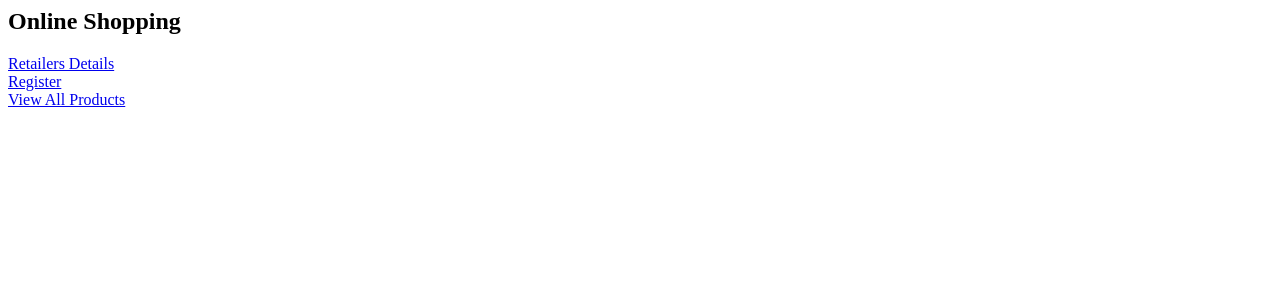
Repository: mihirhpanchal/Java-OnlineShopping
Page: http://localhost/onlineshopping/
These files come from the project's save history. The page is drawn as it stood at one moment and after the next save; the edit follows.
The browser window is 1280 px wide. The pictures show the whole page.
The page is served by Tomcat 9.

Above is the page before, as saved 2019-11-21 03:08:52.

After the next save:
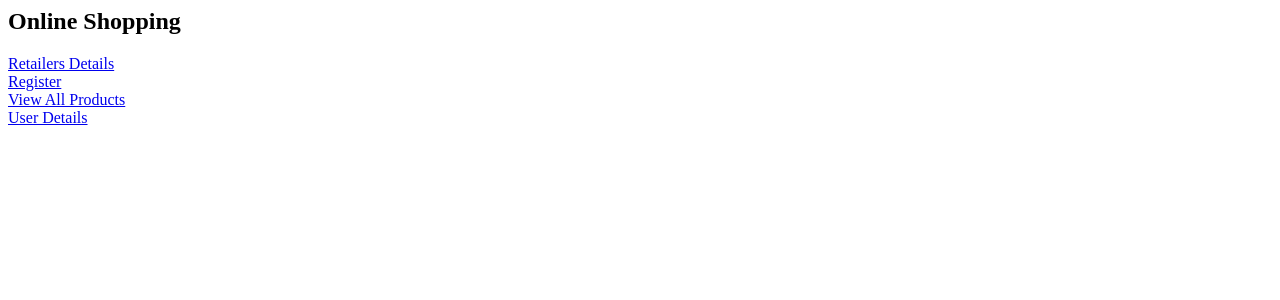
Saved 24 s later.
--- a/onlineshopping/onlineshopping/src/main/webapp/index.jsp
+++ b/onlineshopping/onlineshopping/src/main/webapp/index.jsp
@@ -4,5 +4,6 @@
 <a href="viewretailers.do">Retailers Details</a><br>
 <a href="regproduct.html">Register</a><br>
 <a href="viewallprod.do">View All Products</a><br>
+<a href="userdetails.do">User Details</a><br>
 </body>
 </html>
